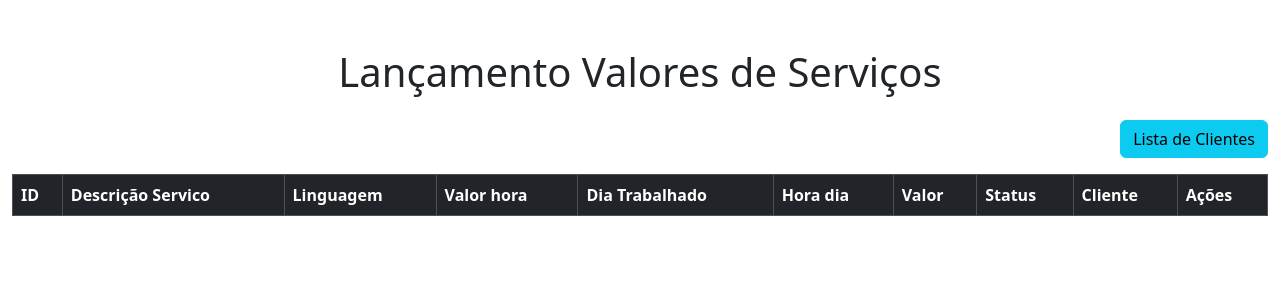
Repository: claudinez/kaspper-projeto-orcamento
Page: http://localhost/servicos/lista
An editor plug-in stored every save of this project. The page is shown before and after the next save, followed by the edit.
The browser window is 1280 px wide. The pictures show the whole page.
The page is this project's Thymeleaf template; nobody is signed in. The template is opened directly, without the code that normally fills it, so the values that code supplies are empty.

Above is the page before, as saved 2025-01-22 19:05:18.

### projeto_kaspper_back_end-main/sistema_servicos/sistema_servicos/src/main/resources/templates/servicos/lista.html
<!DOCTYPE html>
<html xmlns:th="http://www.thymeleaf.org">
<head>
    <title>Lista de Serviços</title>
    <!-- Adicionar a referência ao Bootstrap -->
    <link href="https://cdn.jsdelivr.net/npm/bootstrap@5.3.0-alpha1/dist/css/bootstrap.min.css" rel="stylesheet">
</head>
<body>
    <div class="container-fluid mt-5">
        <h1 class="mb-4 text-center">Lançamento Valores de Serviços</h1>

        <!-- Botão para ir à lista de clientes -->
	    <div class="mb-3 text-end">
	        <a th:href="@{/clientes/lista}" class="btn btn-info">Lista de Clientes</a>
	    </div>

      <div class="table-responsive"> <!-- Faz a tabela rolar horizontalmente em telas pequenas -->
        <table class="table table-bordered table-hover table-striped">
            <thead class="table-dark">
                <tr>
                    <th>ID</th>
                    <th>Descrição Servico</th>
                    <th>Linguagem</th>
                    <th>Valor hora</th>
                    <th>Dia Trabalhado</th>
                    <th>Hora dia</th>
                    <th>Valor</th>
                    <th>Status</th>
                    <th>Cliente</th>
                    <th>Ações</th>
                </tr>
            </thead>
            <tbody>
                <!-- Itera sobre os serviços e os exibe na tabela -->
                <tr th:each="servico : ${servicos}">
                    <td th:text="${servico.id}"></td>
                    <td th:text="${servico.descricao}"></td>
                    <td th:text="${servico.linguagem}"></td>
                    <td th:text="${servico.valorHora}"></td>
                    <td th:text="${servico.diaTrabalhado}"></td>
                    <td th:text="${servico.horaDia}"></td>
                    <td th:text="${servico.valorTotalProjeto}"></td>
                    <td th:text="${servico.status}"></td>
                    <td th:text="${servico.cliente.nome}"></td>
                    <td>
                        <!-- Botões para editar e excluir -->
                        <a th:href="@{/servicos/editar/{id}(id=${servico.id})}" class="btn btn-warning btn-sm">Editar</a>
                        <a th:href="@{/servicos/deletar/{id}(id=${servico.id})}" class="btn btn-danger btn-sm"
                           onclick="return confirm('Tem certeza que deseja excluir este serviço?')">Deletar</a>

                        <!-- Botão para Enviar E-mail -->
						<form th:action="@{/enviar-email}" method="post" style="display:inline;">
						    <input type="hidden" name="to" th:value="${servico.cliente.email}">
						    <input type="hidden" name="subject" value="Informações sobre serviço">
						    <input type="hidden" name="content" value="Prezado(a) ${servico.cliente.nome}, ... (mensagem personalizada)">
						    <button type="submit" class="btn btn-primary btn-sm">Enviar E-mail</button>
						</form>
                    </td>
                </tr>
            </tbody>
        </table>
        </div>
    </div>
   <script>
    document.addEventListener("DOMContentLoaded", function () {
        let statusCells = document.querySelectorAll("tbody td:nth-child(8)"); // 8ª coluna da tabela

        statusCells.forEach(cell => {
            let statusText = cell.textContent.trim().toLowerCase();
            let emoji = "";

            switch (statusText) {
                case "em análise":
                    emoji = "🔍";
                    cell.style.color = "#FFC107"; // Amarelo
                    break;
                case "urgente":
                    emoji = "🚨";
                    cell.style.color = "#DC3545"; // Vermelho
                    break;
                case "aprovado":
                    emoji = "✅";
                    cell.style.color = "#28A745"; // Verde
                    break;
                case "concluído":
                    emoji = "🎯";
                    cell.style.color = "#007BFF"; // Azul
                    break;
                case "cancelado":
                    emoji = "❌";
                    cell.style.color = "#6C757D"; // Cinza
                    cell.style.textDecoration = "line-through"; // Texto riscado
                    break;
            }

            if (emoji) {
                cell.innerHTML = `${emoji} ${cell.textContent.trim()}`;
                cell.style.fontWeight = "bold";
            }
        });
    });
</script>
</body>
</html>

After the next save:
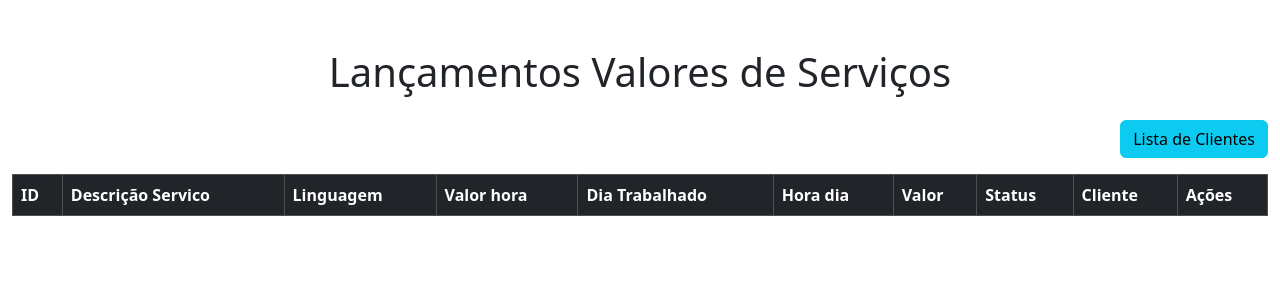
Saved 26 min 29 s later.
--- a/projeto_kaspper_back_end-main/sistema_servicos/sistema_servicos/src/main/resources/templates/servicos/lista.html
+++ b/projeto_kaspper_back_end-main/sistema_servicos/sistema_servicos/src/main/resources/templates/servicos/lista.html
@@ -7,7 +7,7 @@
 </head>
 <body>
     <div class="container-fluid mt-5">
-        <h1 class="mb-4 text-center">Lançamento Valores de Serviços</h1>
+        <h1 class="mb-4 text-center">Lançamentos Valores de Serviços</h1>
 
         <!-- Botão para ir à lista de clientes -->
 	    <div class="mb-3 text-end">
